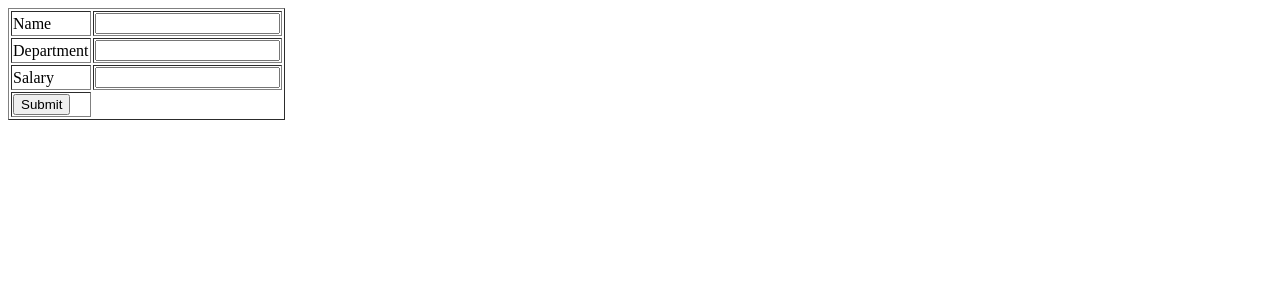
Repository: pallavi-vetal/BE-CL3
Page: C1/src/index.html
The author's editor kept a copy of each file at every save. The page is drawn from the files as they stood at one save, then again after the next save.
The browser window is 1280 px wide. The pictures show the whole page.

Above is the page before, as saved 2018-04-19 14:54:39.

After the next save:
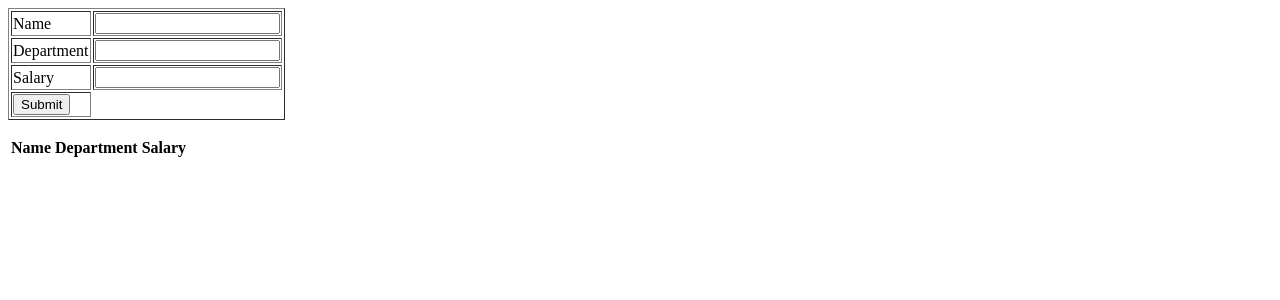
Saved 41 s later.
--- a/C1/src/index.html
+++ b/C1/src/index.html
@@ -21,4 +21,11 @@
 			</tr>
 		</table>
 	</form>
+	<table>
+		<thead>
+			<th>Name</th>
+			<th>Department</th>
+			<th>Salary</th>
+		</thead>
+	</table>
 </html>
